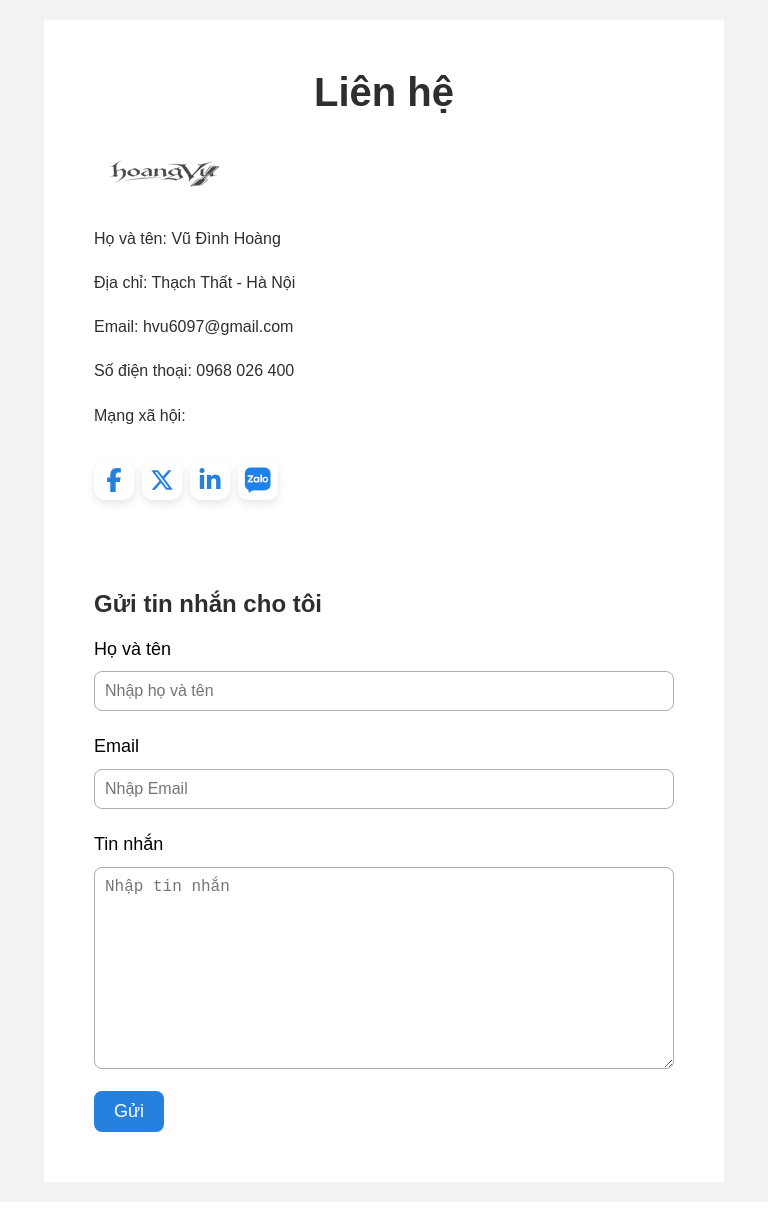
Repository: hoang28092000/portfolio
Page: pages/contact.html
These files come from the project's save history. The page is drawn as it stood at one moment and after a run of saves; the edit follows.
The browser window is 768 px wide. The pictures show the whole page.

Above is the page before, as saved 2025-04-12 01:20:40.

After the next 4 saves:
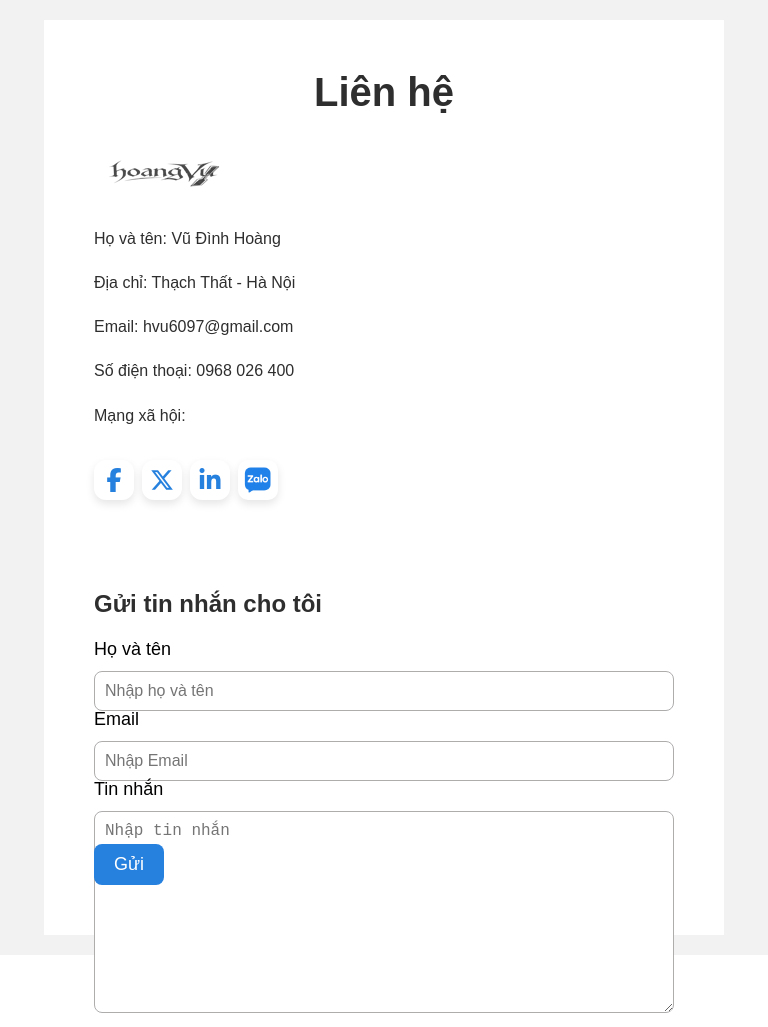
The 4 saves are shown as one change because they came seconds apart.
The last was saved 66 s later.
--- a/css/responsive-pages.css
+++ b/css/responsive-pages.css
@@ -136,6 +136,19 @@
     width: 100%;
     height: auto;
   }
+  .btn-contact{
+    width: 100%;
+    height: 50px;
+    font-size: 1.6rem;
+    margin-top: 20px;
+    margin-bottom: 20px;
+  }
+  .input-contact{
+    width: 100%;
+    height: 50px;
+    font-size: 1.6rem;
+    margin-bottom: 20px;
+  }
   .txt-contact{
     font-size: 1.6rem;
     margin-bottom: 16px;
